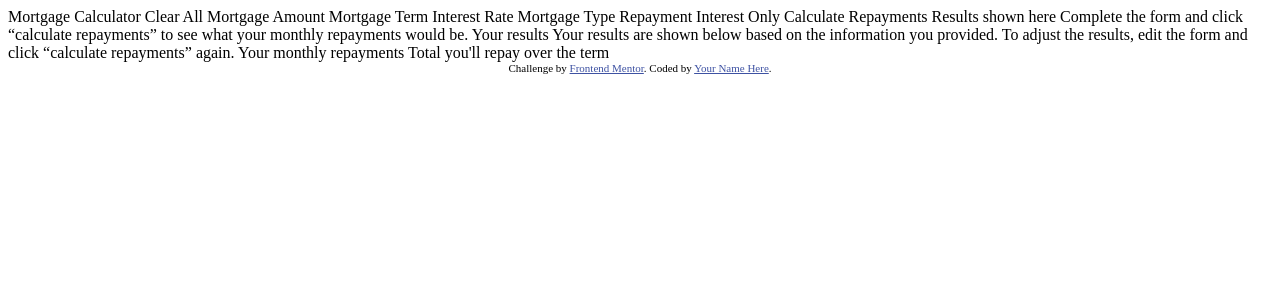
Repository: GravielPV/Mortgage-repayment-calculator
Page: index.html
These files come from the project's save history. The page is drawn as it stood at one moment and after the next save; the edit follows.
The browser window is 1280 px wide. The pictures show the whole page.

Above is the page before, as saved 2025-12-11 16:31:36.

### index.html
<!DOCTYPE html>
<html lang="en">
<head>
  <meta charset="UTF-8">
  <meta name="viewport" content="width=device-width, initial-scale=1.0"> <!-- displays site properly based on user's device -->

  <link rel="icon" type="image/png" sizes="32x32" href="./assets/images/favicon-32x32.png">

  <title>Frontend Mentor | Mortgage repayment calculator</title>

  <!-- Feel free to remove these styles or customise in your own stylesheet 👍 -->
  <style>
    .attribution { font-size: 11px; text-align: center; }
    .attribution a { color: hsl(228, 45%, 44%); }
  </style>
</head>
<body>

  Mortgage Calculator
  Clear All

  Mortgage Amount

  Mortgage Term

  Interest Rate

  Mortgage Type
  Repayment
  Interest Only

  Calculate Repayments

  <!-- Empty results start -->

  Results shown here

  Complete the form and click “calculate repayments” to see what
  your monthly repayments would be.

  <!-- Empty results end -->

  <!-- Completed results start -->

  Your results

  Your results are shown below based on the information you provided.
  To adjust the results, edit the form and click “calculate repayments” again.

  Your monthly repayments

  Total you'll repay over the term

  <!-- Completed results end -->

  <div class="attribution">
    Challenge by <a href="https://www.frontendmentor.io?ref=challenge">Frontend Mentor</a>.
    Coded by <a href="#">Your Name Here</a>.
  </div>
</body>
</html>

After the next save:
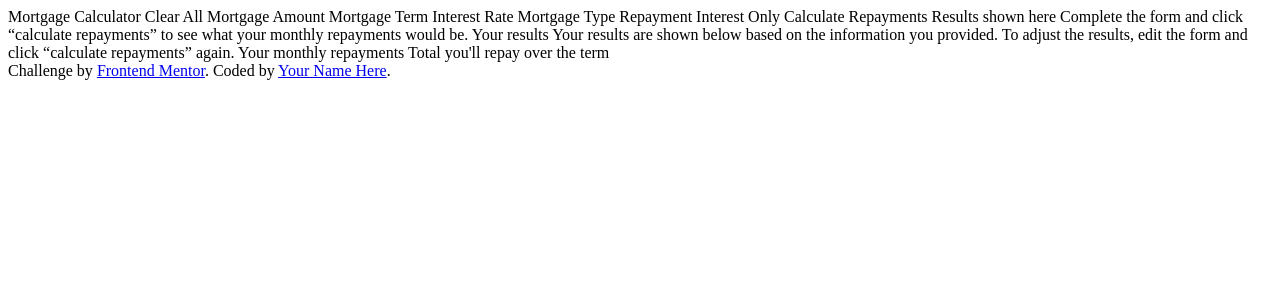
Saved 91 s later.
--- a/index.html
+++ b/index.html
@@ -8,11 +8,7 @@
 
   <title>Frontend Mentor | Mortgage repayment calculator</title>
 
-  <!-- Feel free to remove these styles or customise in your own stylesheet 👍 -->
-  <style>
-    .attribution { font-size: 11px; text-align: center; }
-    .attribution a { color: hsl(228, 45%, 44%); }
-  </style>
+
 </head>
 <body>
 
